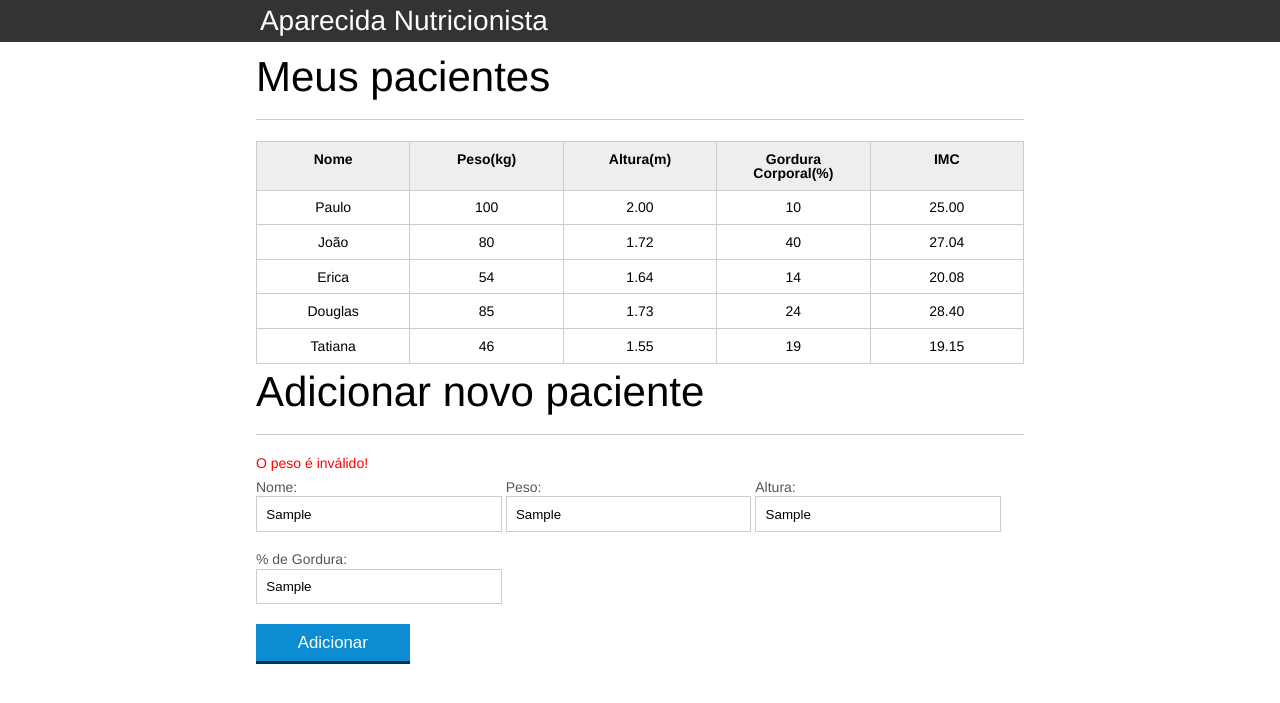
Repository: GabbLps/Controle-de-Clientes-Alura
Page: index.html
These files come from the project's save history. The page is drawn as it stood at one moment and after the next save; the edit follows.
The browser window is 1280 px wide. The pictures show the whole page.
Empty fields were first filled with sample values (such as "Sample", 5 or name@example.com).
After loading, the first visible `#adicionar-paciente` was clicked once.

Above is the page before, as saved 2022-05-12 18:09:30.

After the next save:
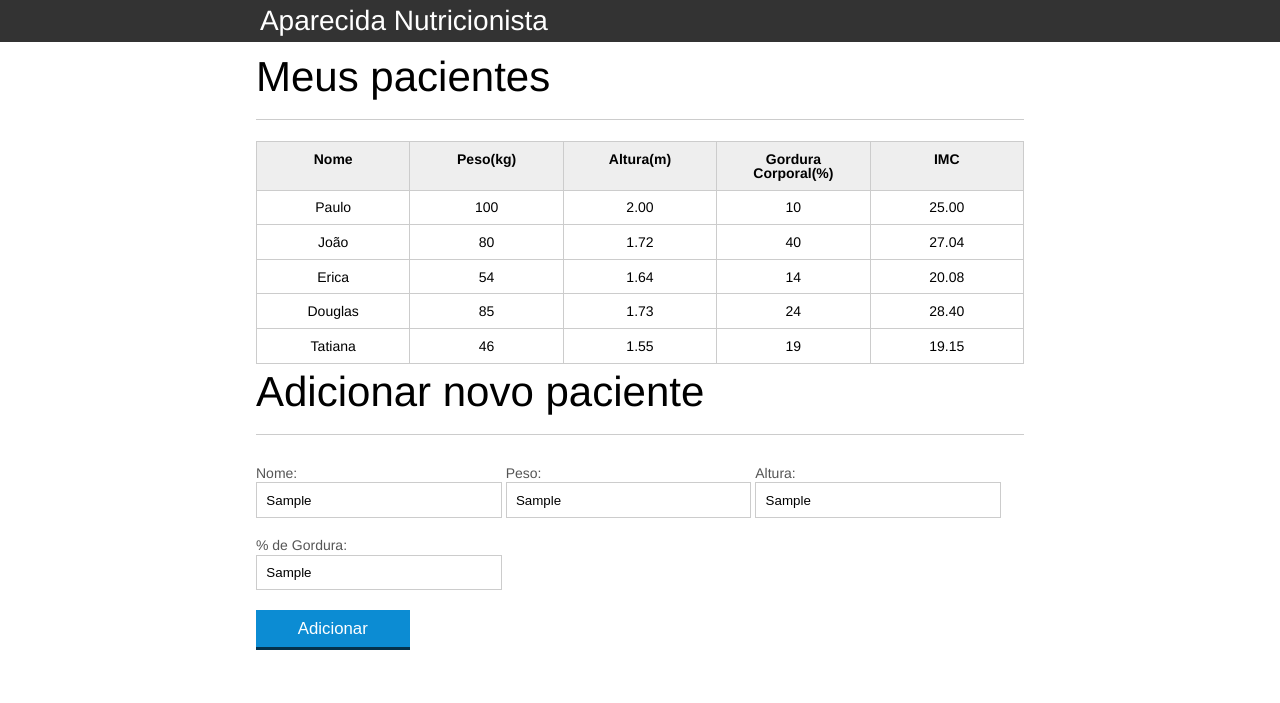
Console error: TypeError: Cannot read properties of undefined (reading 'length')
Saved 36 s later.
--- a/js/form.js
+++ b/js/form.js
@@ -64,12 +64,12 @@
     if(validaPeso(paciente.peso)){
         return "";
     }else{
-        return "O peso é inválido!";
+        erros.push("O peso é inválido!");
     }
 
     if(validaPeso(paciente.altura)){
         return "";
     }else{
-        return "A altura é inválido!";
+        erros.push("A altura é inválido!");
     }
 }

After the 2 saves that followed:
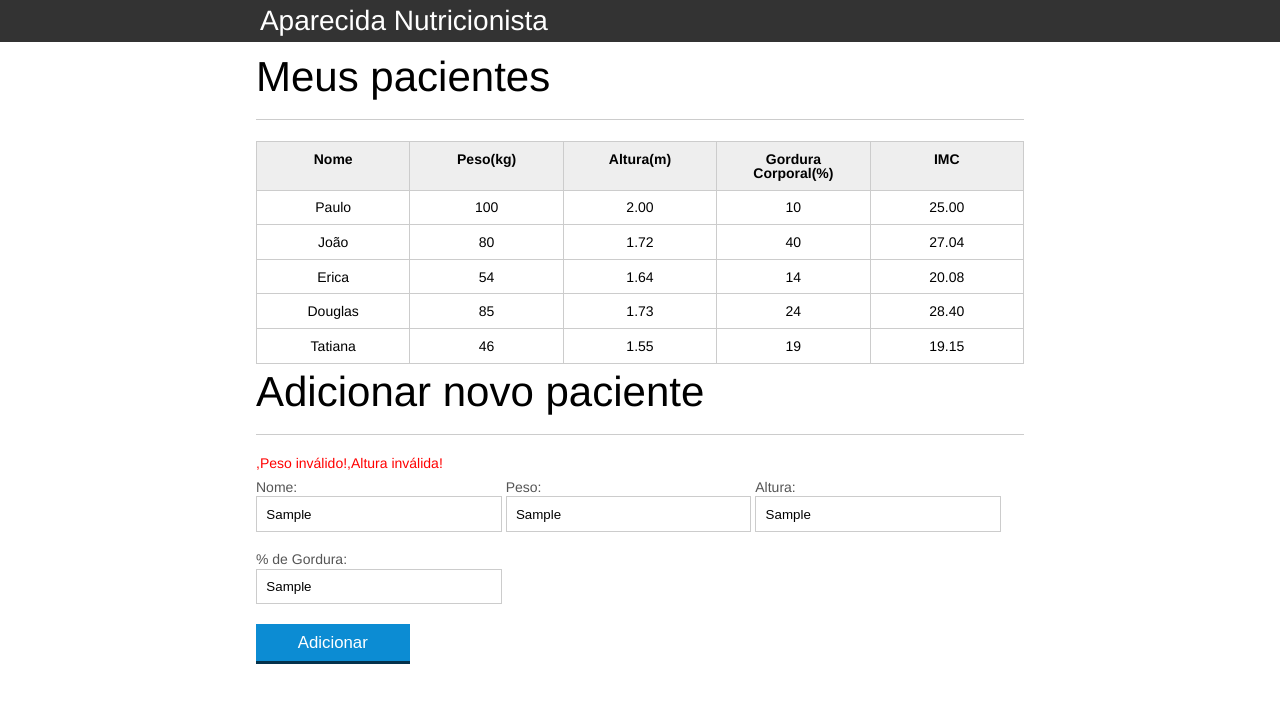
The error is gone.
The 2 saves are shown as one change because 1 left the picture as it was.
The last was saved 62 s later.
--- a/js/form.js
+++ b/js/form.js
@@ -64,12 +64,13 @@
     if(validaPeso(paciente.peso)){
         return "";
     }else{
-        erros.push("O peso é inválido!");
+        erros.push("Peso inválido!");
     }
 
     if(validaPeso(paciente.altura)){
         return "";
     }else{
-        erros.push("A altura é inválido!");
+        erros.push("Altura inválida!");
     }
+    return erros;
 }
